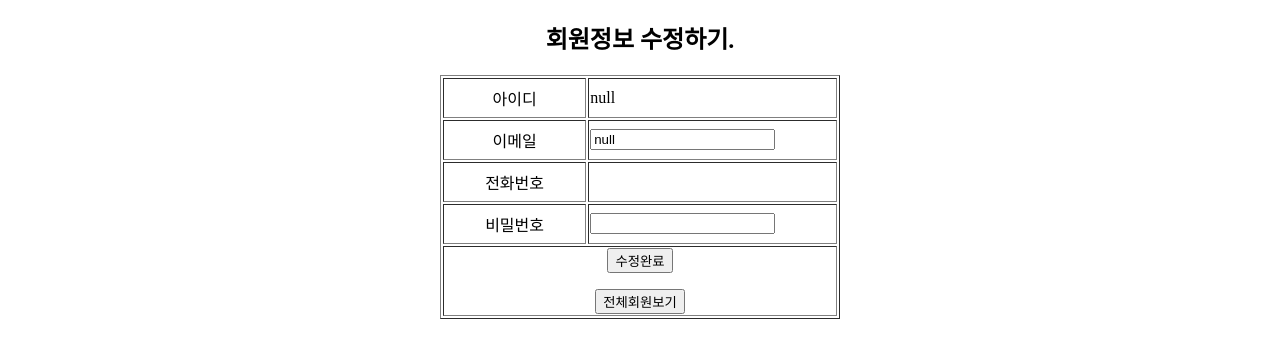
Repository: topblame/Bootcamp
Page: http://localhost/JSP_250408/chapter03/MemberUpdate.jsp
The author's editor kept a copy of each file at every save. The page is drawn from the files as they stood at one save, then again after the next save.
The browser window is 1280 px wide. The pictures show the whole page.
The page is served by Tomcat 9. Other server files are loaded and not shown. Queries for data that is not in the repository find no rows.

Above is the page before, as saved 2025-06-26 07:11:53.

### WebMvc/JSP_250408/src/main/webapp/chapter03/MemberUpdate.jsp
<%@page import="model.MemberDTO"%>
<%@page import="model.MemberDAO"%>
<%@ page language="java" contentType="text/html; charset=UTF-8"
    pageEncoding="UTF-8"%>
<!DOCTYPE html PUBLIC "-//W3C//DTD HTML 4.01 Transitional//EN" "http://www.w3.org/TR/html4/loose.dtd">
<html>
<head>
<meta http-equiv="Content-Type" content="text/html; charset=UTF-8">
<title>Update</title>
</head>
<body>
<%
String id= request.getParameter("id");
MemberDAO mdao = new MemberDAO();
MemberDTO mbean = mdao.oneSelectMember(id);
%>
<center>
	<h2>회원정보 수정하기.</h2>
	<form action="MemberUpdateProc.jsp" method ="get">
		<table width = "400" border = "1">
		<tr height="40">
			<td align = "center" width = "150">아이디</td>
			<td width = "250"><%=mbean.getId() %></td>
		</tr>
		<tr height="40">
			<td align = "center" width = "150">이메일</td>
			<td width = "250">
			<input type="email" value="<%=mbean.getEmail() %>" />
			</td>
		</tr>
		<tr height="40">
			<td align = "center" width = "150">전화번호</td>
			<td width = "250">
			</td>
		</tr>
		<tr height="40">
			<td align = "center" width = "150">비밀번호</td>
			<td width = "250"><input type="password" name = "pass1" /></td>
		</tr>


			<tr height="40">
            <td align="center" colspan="2">
               <input type="hidden" name = "id" value = "<%=id %>" />
               <input type="submit" value="수정완료"/>

               <p></p>
               <input type="button" value="전체회원보기" onclick="location.href='MemberList.jsp'"/>
            </td>
         </tr>
		</table>
	</form>
</center>
</body>
</html>

### WebMvc/JSP_250408/src/main/java/model/MemberDAO.java
package model;

import java.sql.Connection;
import java.sql.DriverManager;
import java.sql.PreparedStatement;
import java.sql.ResultSet;
import java.util.Vector;

public class MemberDAO {
	//오라클 접속
	String url="jdbc:oracle:thin:@localhost:1521:xe";
	String user="system";
	String pass="1234";

	Connection con;
	PreparedStatement pstmt; //String -> sql
	ResultSet rs; // 데이터 측 결과값 리턴 받는 객체

	public void getCon() {
		try{
			//1.오라클 드라이버 인식(ojdbc8.jar)
		   Class.forName("oracle.jdbc.driver.OracleDriver");
		   //2.오라클 접속
		   con = DriverManager.getConnection(url,user,pass);
		}catch(Exception e){
			e.printStackTrace();
		}
	}//getCon

	public void insertMember(MemberDTO mDTO) {
		try {
			//연동
			getCon();
			//======================insert===============================
			//String -> SQL
			String sql = "insert into member values(?, ?, ?, ?, ?, ?, ?, ?, ?, ?, ?)";
			pstmt = con.prepareStatement(sql);

			pstmt.setString(1, mDTO.getId());
			pstmt.setString(2, mDTO.getPass1());
			pstmt.setString(3, mDTO.getPass2());
			pstmt.setString(4, mDTO.getEmail());
			pstmt.setString(5, mDTO.getGender());
			pstmt.setString(6, mDTO.getAddress());
			pstmt.setString(7, mDTO.getPhone());
			pstmt.setString(8, mDTO.getHobby());
			pstmt.setString(9, mDTO.getJob());
			pstmt.setString(10, mDTO.getAge());
			pstmt.setString(11, mDTO.getInfo());

			pstmt.executeUpdate();
			con.close();
		} catch (Exception e) {
			e.printStackTrace();
		}
	}//insertmember

	// ------------------------------select(R) ---------------
	public Vector<MemberDTO> allSelectMember() {
		Vector<MemberDTO> v = new Vector<MemberDTO>();
		try {
			getCon();

			String sql = "select * from member";
			pstmt = con.prepareStatement(sql);

			rs = pstmt.executeQuery(); //DB에서 회원정보 모두가져옴

			while(rs.next()) {
				MemberDTO bean = new MemberDTO();
				bean.setId(rs.getString(1)); //오라클 -> memberDTO
				bean.setPass1(rs.getString(2));
				bean.setPass2(rs.getString(3));
				bean.setEmail(rs.getString(4));
				bean.setGender(rs.getString(5));
				bean.setAddress(rs.getString(6));
				bean.setPhone(rs.getString(7));
				bean.setHobby(rs.getString(8));
	            bean.setJob(rs.getString(9));
	            bean.setAge(rs.getString(10));
	            bean.setInfo(rs.getString(11));
				v.add(bean);
			}
			con.close();
		} catch (Exception e) {
			e.printStackTrace();
		}
		return v;
	}

	//-------------------3.select(상세정보) 1 select-------------------------------
	public MemberDTO oneSelectMember(String id) {
		MemberDTO bean = new MemberDTO();
		try {
			getCon();

			String sql = "select * from member where id = ?";
			pstmt = con.prepareStatement(sql);
			pstmt.setString(1, id);
			rs = pstmt.executeQuery(); //DB에서 상세정보 가져옴

			if(rs.next()) {
				bean.setId(rs.getString(1)); //오라클 -> memberDTO
				bean.setPass1(rs.getString(2));
				bean.setPass2(rs.getString(3));
				bean.setEmail(rs.getString(4));
				bean.setGender(rs.getString(5));
				bean.setAddress(rs.getString(6));
				bean.setPhone(rs.getString(7));
				bean.setHobby(rs.getString(8));
	            bean.setJob(rs.getString(9));
	            bean.setAge(rs.getString(10));
	            bean.setInfo(rs.getString(11));
			}
			con.close();
		} catch (Exception e) {
			e.printStackTrace();
		}
		return bean;
	}//oneSelectMember

	//----------------------4. 비밀번호 일치여부 체크-------------------
	public String getPass(String id) {
		String pass = "";
		try {
			getCon();
			String sql = "select pass1 from member where id = ?";
			pstmt = con.prepareStatement(sql);
			pstmt.setString(1, id);
			rs = pstmt.executeQuery();

			if(rs.next()) {
				pass = rs.getString(1);
			}
			//해당 아디리 회원의 pass1을 select문으로 받기 => jsp에서 pass2와 비교
		} catch (Exception e) {
			e.printStackTrace();
		}
		return pass;
	}
	// ---------------------5. 업데이트 -----------------
	public void UpdateMember(MemberDTO bean) {

		try {
			getCon();
			String sql = "update member set email = ?, phone = ? where id = ?";
			pstmt = con.prepareStatement(sql);
			pstmt.setString(1, bean.getEmail());
			pstmt.setString(2, bean.getPhone());
			pstmt.setString(3, bean.getId());

			pstmt.executeUpdate(sql);
			con.close();
		} catch (Exception e) {
			e.printStackTrace();
		}
	}//updatemember



	// --------------------------6 삭제----------------------



	public void deleteMember(String id) {
		try {
			getCon();

			String sql = "Delete from member where id = ?";
			pstmt = con.prepareStatement(sql);
			pstmt.setString(1, id);

			pstmt.executeUpdate();
			con.close();
		} catch (Exception e) {
			e.printStackTrace();
		}
	}//deletemember
}

### WebMvc/JSP_250408/src/main/java/model/MemberDTO.java
package model;

public class MemberDTO {
	private String id;
	private String pass1;
	private String pass2;
	private String email;
	private String gender;
	private String address;
	private String phone;
	private String hobby;
	private String job;
	private String age;
	private String info;
	public String getId() {
		return id;
	}
	public void setId(String id) {
		this.id = id;
	}
	public String getPass1() {
		return pass1;
	}
	public void setPass1(String pass1) {
		this.pass1 = pass1;
	}
	public String getPass2() {
		return pass2;
	}
	public void setPass2(String pass2) {
		this.pass2 = pass2;
	}
	public String getEmail() {
		return email;
	}
	public void setEmail(String email) {
		this.email = email;
	}
	public String getGender() {
		return gender;
	}
	public void setGender(String gender) {
		this.gender = gender;
	}
	public String getAddress() {
		return address;
	}
	public void setAddress(String address) {
		this.address = address;
	}
	public String getPhone() {
		return phone;
	}
	public void setPhone(String phone) {
		this.phone = phone;
	}
	public String getHobby() {
		return hobby;
	}
	public void setHobby(String hobby) {
		this.hobby = hobby;
	}
	public String getJob() {
		return job;
	}
	public void setJob(String job) {
		this.job = job;
	}
	public String getAge() {
		return age;
	}
	public void setAge(String age) {
		this.age = age;
	}
	public String getInfo() {
		return info;
	}
	public void setInfo(String info) {
		this.info = info;
	}


}

After the next save:
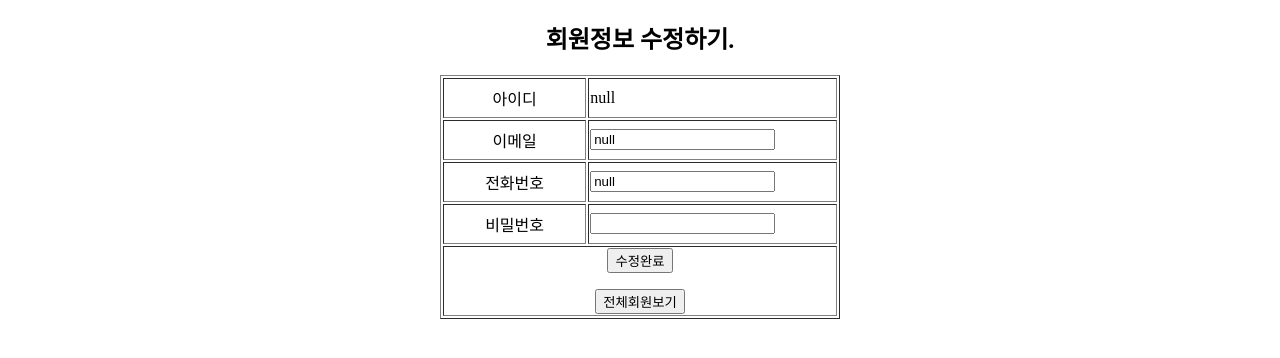
Saved 22 s later.
--- a/WebMvc/JSP_250408/src/main/webapp/chapter03/MemberUpdate.jsp
+++ b/WebMvc/JSP_250408/src/main/webapp/chapter03/MemberUpdate.jsp
@@ -31,6 +31,7 @@ MemberDTO mbean = mdao.oneSelectMember(id);
 		<tr height="40">
 			<td align = "center" width = "150">전화번호</td>
 			<td width = "250">
+			<input type="phone" name = "phone" value = "<%=mbean.getPhone()%>" />
 			</td>
 		</tr>
 		<tr height="40">
